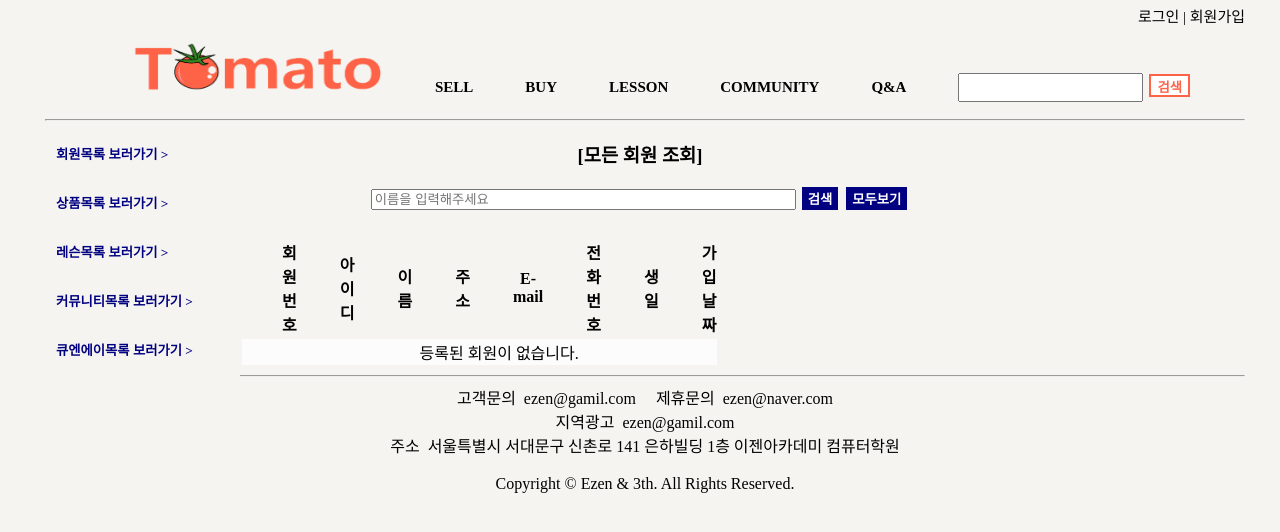
Repository: javadogfoot/semi-project
Page: http://localhost/tomato/admin/memberListAll_admin.jsp
These files come from the project's save history. The page is drawn as it stood at one moment and after the next save; the edit follows.
The browser window is 1280 px wide. The pictures show the whole page.
The page is served by Tomcat 9. Queries for data that is not in the repository find no rows.

Above is the page before, as saved 2021-10-18 16:13:07.

After the next save:
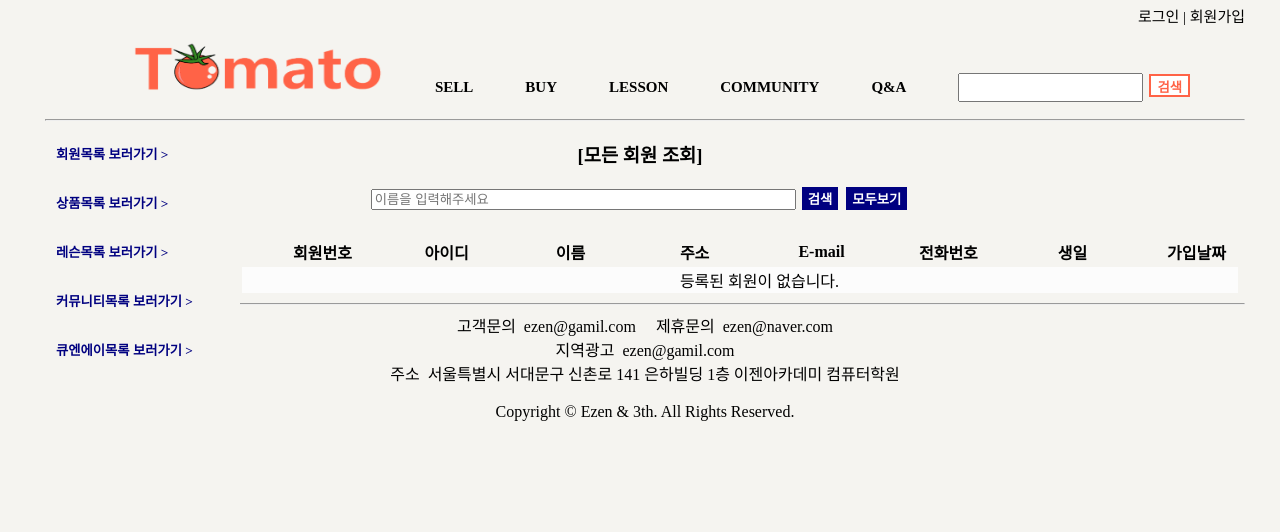
Saved 43 s later.
--- a/semi프로젝트워크스페이스/tomato/src/main/webapp/admin/memberListAll_admin.jsp
+++ b/semi프로젝트워크스페이스/tomato/src/main/webapp/admin/memberListAll_admin.jsp
@@ -66,7 +66,7 @@ form {
    table.table tr th, table.table tr td {
        border-color: #e9e9e9;
        padding-left: 40px;
-       width: 0px;
+       width: 120px;
        text-align:center;
     }
     table.table-striped tbody tr:nth-of-type(odd) {
